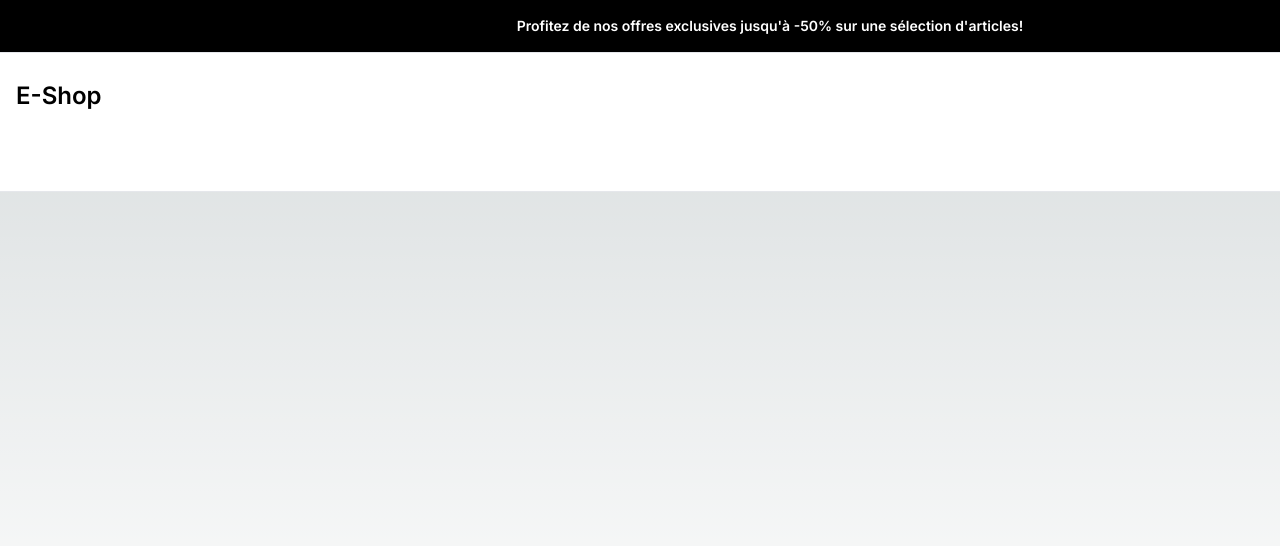
Repository: SDlevelUp/e-shop
Page: /
These files come from the project's save history. The page is drawn as it stood at one moment and after a run of saves; the edit follows.
The browser window is 1280 px wide. The pictures show the whole page.
The project was rebuilt for these pictures with package versions that can differ from the ones it lists, and the page was loaded fresh each time. The framework's server and built-in components were replaced by stand-ins that run in the browser. Also part of the build but not shown: next.config.js.

Above is the page before, as saved 2023-08-29 09:24:46.

After the next 5 saves:
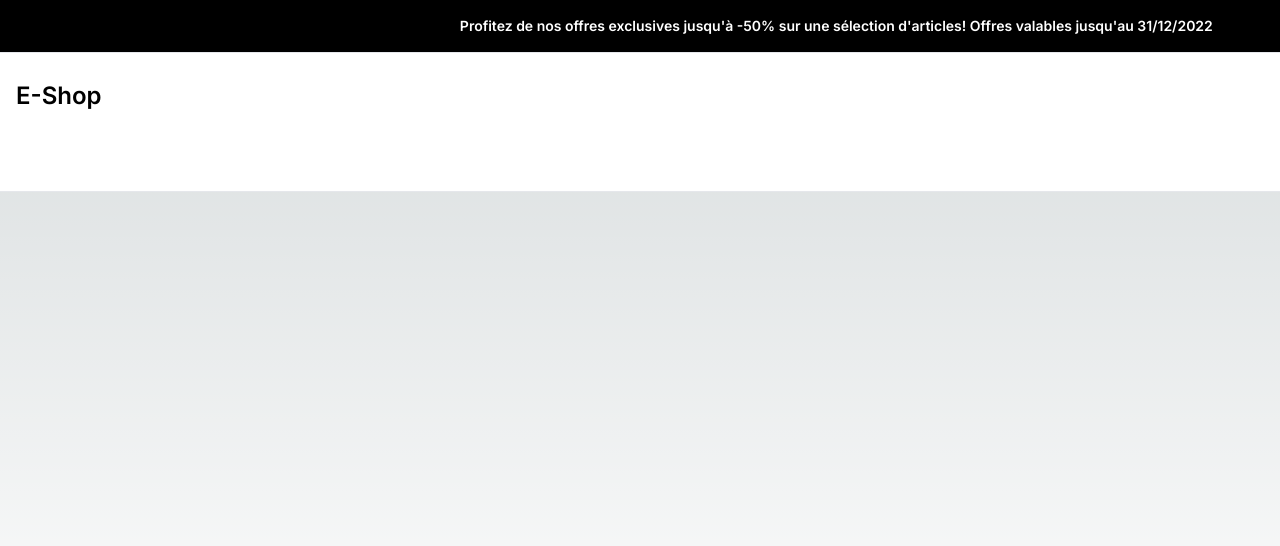
The 5 saves are shown as one change because they came seconds apart.
The last was saved 81 s later.
--- a/src/components/Navbar/Navbar.jsx
+++ b/src/components/Navbar/Navbar.jsx
@@ -8,7 +8,7 @@ export default function Navbar() {
                     <div className="max-w-screen-xl flex flex-wrap items-center justify-center mx-auto p-4">
                         <div className="flex items-center cursor-pointer">
                             <span className="text-white text-sm font-semibold whitespace-nowrap animation inline-block pl-[100%] pr-[2em]">
-                                Profitez de nos offres exclusives jusqu'à -50% sur une sélection d'articles!
+                                Profitez de nos offres exclusives jusqu'à -50% sur une sélection d'articles! Offres valables jusqu'au 31/12/2022
                             </span>
                         </div>
                     </div>
